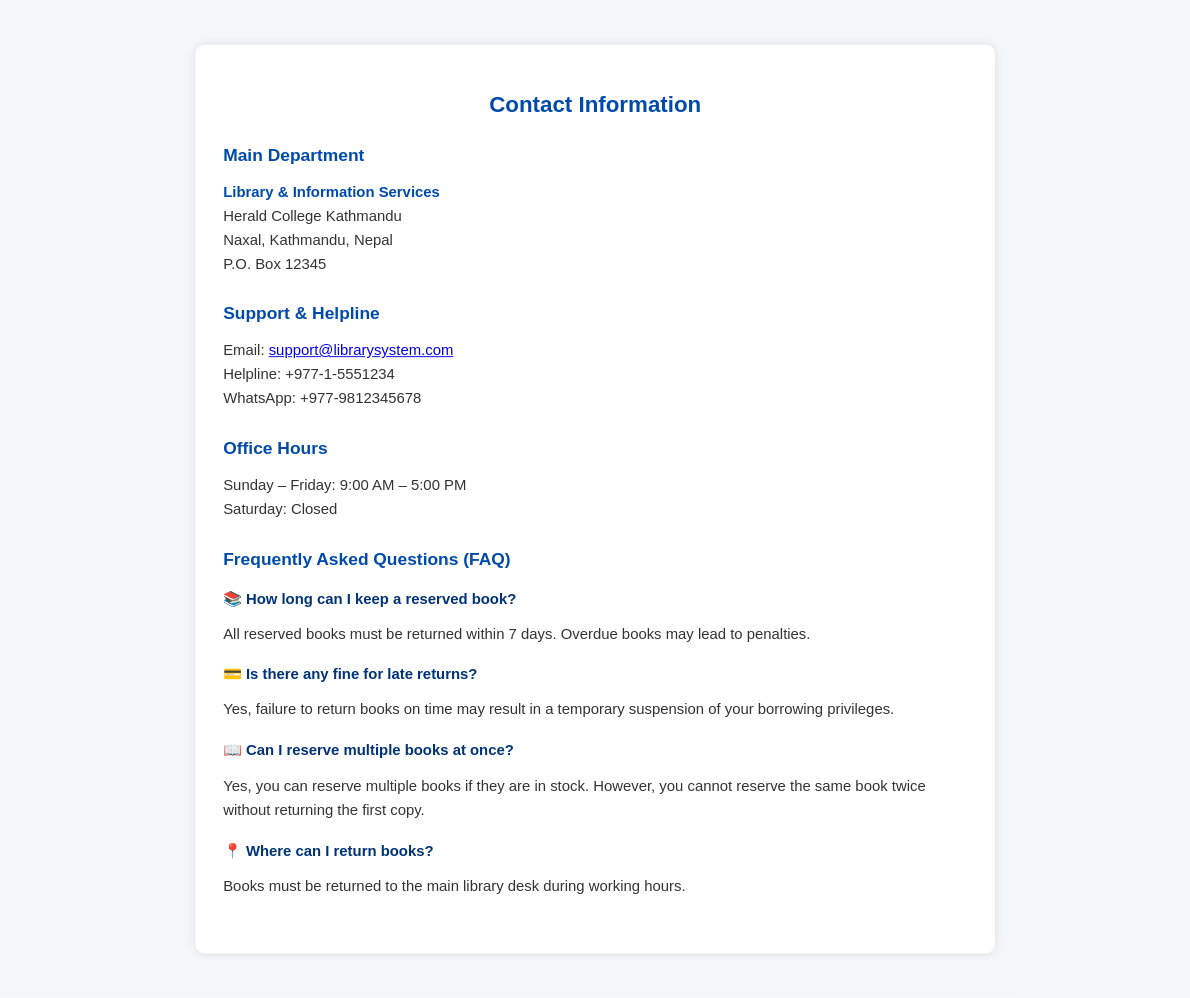
Repository: subhashadhikari057/LibraryManagementSystem
Page: http://localhost/LibraryReservationSystem/jsp/contact.jsp
The author's editor kept a copy of each file at every save. The page is drawn from the files as they stood at one save, then again after the next save.
The browser window is 1280 px wide. The pictures show the whole page, at 93% of full size.
The page is served by Tomcat 9. Nobody is signed in. The application's start-up code is not run. Other server files are loaded and not shown.

Above is the page before, as saved 2025-05-09 17:18:39.

### LibraryReservationSystem/src/main/webapp/jsp/contact.jsp
<%@ page contentType="text/html;charset=UTF-8" language="java" %>
<!DOCTYPE html>
<html>
<head>
    <title>Contact Us - Library System</title>
    <style>
        body {
            font-family: Arial;
            background: #f4f7fa;
            padding: 40px;
        }
        .container {
            max-width: 800px;
            margin: auto;
            background: white;
            border-radius: 10px;
            padding: 30px;
            box-shadow: 0 0 10px rgba(0,0,0,0.1);
        }
        h2 {
            color: #004aac;
            text-align: center;
            margin-bottom: 30px;
        }
        .section {
            margin-bottom: 30px;
        }
        .section h3 {
            color: #004aac;
            margin-bottom: 10px;
        }
        .section p {
            line-height: 1.6;
            color: #333;
        }
        .faq {
            margin-top: 20px;
        }
        .faq h4 {
            margin-bottom: 5px;
            color: #003377;
        }
        .faq p {
            margin-bottom: 15px;
        }
        .highlight {
            font-weight: bold;
            color: #004aac;
        }
    </style>
</head>
<body>
<div class="container">
    <h2>Contact Information</h2>

    <div class="section">
        <h3>Main Department</h3>
        <p>
            <span class="highlight">Library & Information Services</span><br>
            Herald College Kathmandu<br>
            Naxal, Kathmandu, Nepal<br>
            P.O. Box 12345
        </p>
    </div>

    <div class="section">
        <h3>Support & Helpline</h3>
        <p>
            Email: <a href="mailto:support@librarysystem.com">support@librarysystem.com</a><br>
            Helpline: +977-1-5551234<br>
            WhatsApp: +977-9812345678
        </p>
    </div>

    <div class="section">
        <h3>Office Hours</h3>
        <p>
            Sunday – Friday: 9:00 AM – 5:00 PM<br>
            Saturday: Closed
        </p>
    </div>

    <div class="section">
        <h3>Frequently Asked Questions (FAQ)</h3>
        <div class="faq">
            <h4>📚 How long can I keep a reserved book?</h4>
            <p>All reserved books must be returned within 7 days. Overdue books may lead to penalties.</p>

            <h4>💳 Is there any fine for late returns?</h4>
            <p>Yes, failure to return books on time may result in a temporary suspension of your borrowing privileges.</p>

            <h4>📖 Can I reserve multiple books at once?</h4>
            <p>Yes, you can reserve multiple books if they are in stock. However, you cannot reserve the same book twice without returning the first copy.</p>

            <h4>📍 Where can I return books?</h4>
            <p>Books must be returned to the main library desk during working hours.</p>
        </div>
    </div>

</div>
</body>
</html>

After the next save:
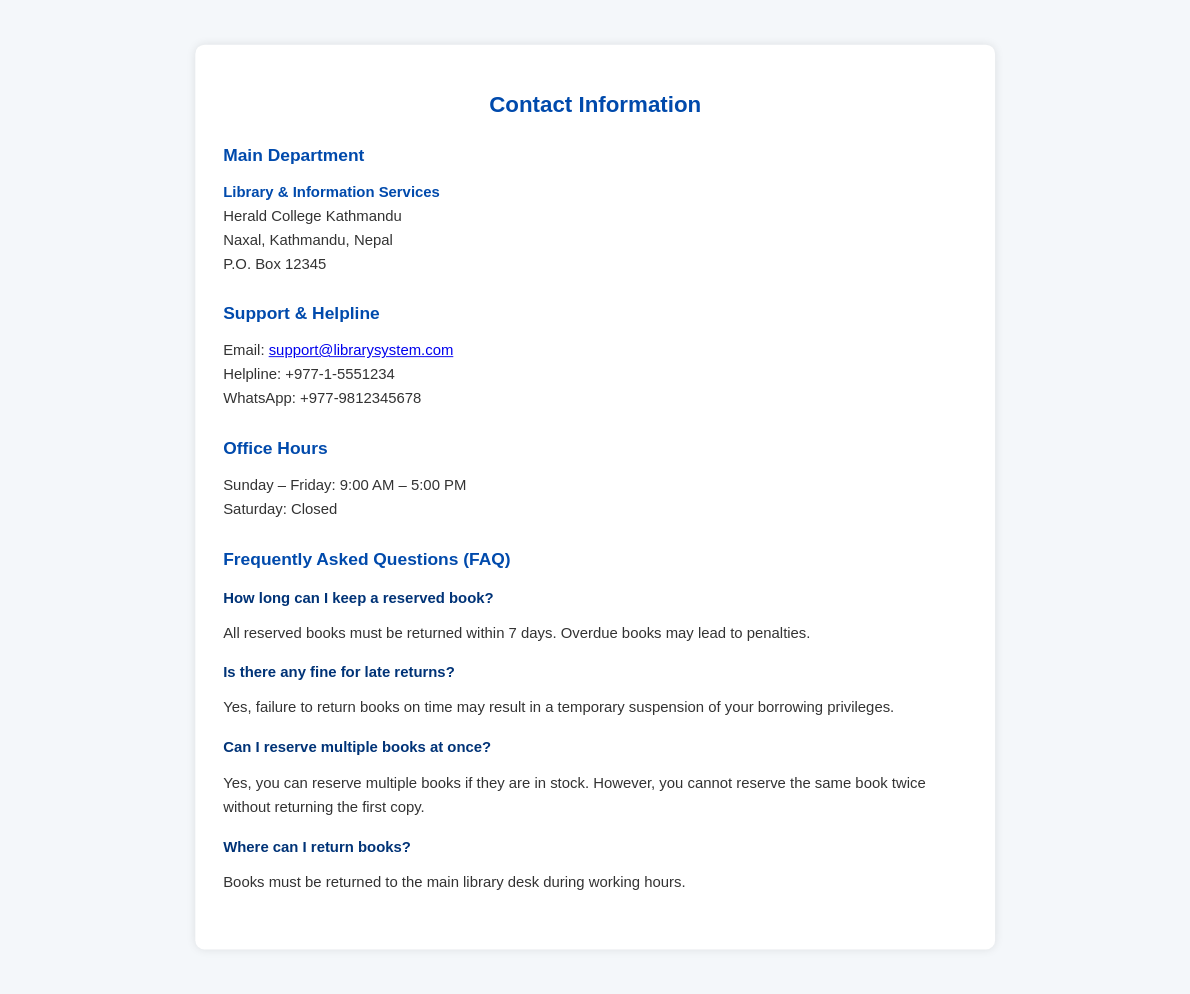
Saved 26 s later.
--- a/LibraryReservationSystem/src/main/webapp/jsp/contact.jsp
+++ b/LibraryReservationSystem/src/main/webapp/jsp/contact.jsp
@@ -83,16 +83,16 @@
     <div class="section">
         <h3>Frequently Asked Questions (FAQ)</h3>
         <div class="faq">
-            <h4>📚 How long can I keep a reserved book?</h4>
+            <h4> How long can I keep a reserved book?</h4>
             <p>All reserved books must be returned within 7 days. Overdue books may lead to penalties.</p>
 
-            <h4>💳 Is there any fine for late returns?</h4>
+            <h4> Is there any fine for late returns?</h4>
             <p>Yes, failure to return books on time may result in a temporary suspension of your borrowing privileges.</p>
 
-            <h4>📖 Can I reserve multiple books at once?</h4>
+            <h4> Can I reserve multiple books at once?</h4>
             <p>Yes, you can reserve multiple books if they are in stock. However, you cannot reserve the same book twice without returning the first copy.</p>
 
-            <h4>📍 Where can I return books?</h4>
+            <h4> Where can I return books?</h4>
             <p>Books must be returned to the main library desk during working hours.</p>
         </div>
     </div>
